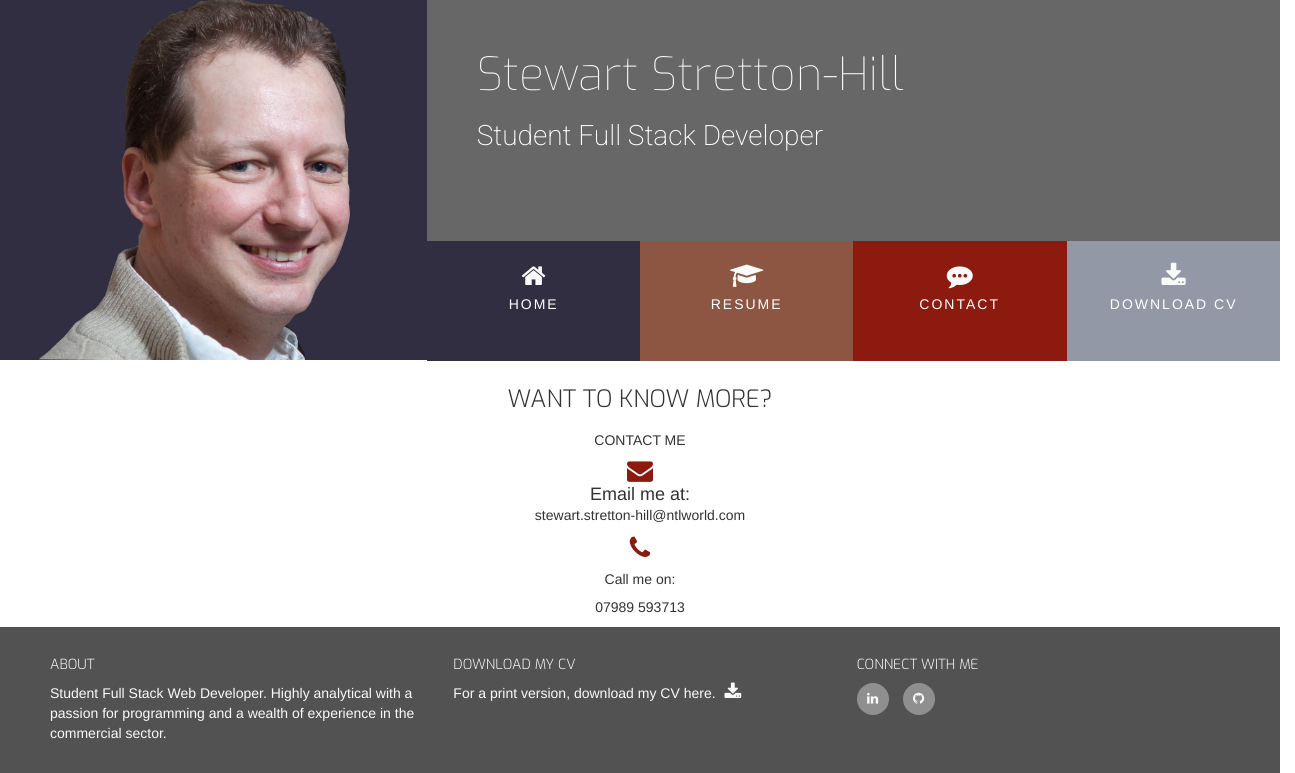
Repository: Shilldon/CV
Page: contact.html
The author's editor kept a record of every edit. The page is drawn from the files as they stood at one moment, then again after the next edit.
The browser window is 1280 px wide. The page is 1295 px wide, so the pictures cover 1295 px, including what lies to the right of the window. The pictures show the whole page.

Above is the page before.

### contact.html
<!DOCTYPE html>
<html lang="en">

<head>
    <link rel="stylesheet" href="https://maxcdn.bootstrapcdn.com/bootstrap/3.3.7/css/bootstrap.min.css" type="text/css" />
    <link rel="stylesheet" href="https://stackpath.bootstrapcdn.com/font-awesome/4.7.0/css/font-awesome.min.css" type="text/css" />
    <link rel="stylesheet" href="https://cdnjs.cloudflare.com/ajax/libs/hover.css/2.3.1/css/hover-min.css" type="text/css" />
    <link rel="stylesheet" href="assets/css/style.css" type="text/css" />
    <meta name="viewport" content="width=device-width, initial-scale-1">
</head>

<body>
    <header class="container-fluid">
        <div class="row">
            <a href="index.html" alt="profile image">
                <div class="col-md-4 logo"></div>
            </a>
            <div class="col-md-8">
                <div class="row bg-color-name-title">
                    <div class="heading">
                        <h1 class="name">Stewart Stretton-Hill</h1>
                        <h2 class="title">Student Full Stack Developer</h2>
                    </div>
                </div>

                <div class="row">
                    <ul id="nav" class="list-inline clearfix">
                        <li class="col-xs-6 col-sm-3 ui-menu-color-home menuitem">
                            <a href="index.html" class="hvr-sweep-to-bottom"><i class="fa fa-home" aria-hidden="true"></i><span>Home</span></a>
                        </li>
                        <li class="col-xs-6 col-sm-3 ui-menu-color-resume menuitem">
                            <a href="resume.html" class="hvr-sweep-to-bottom"><i class="fa fa-graduation-cap" aria-hidden="true"></i><span>Resume</span></a>
                        </li>
                        <li class="col-xs-6 col-sm-3 ui-menu-color-contact menuitem">
                            <a href="#" class="hvr-sweep-to-bottom"><i class="fa fa-commenting" aria-hidden="true"></i><span>Contact</span></a>
                        </li>
                        <li class="col-xs-6 col-sm-3 ui-menu-color-download menuitem">
                            <a href="assets/cv/sample-cv.pdf" target="_blank" class="hvr-sweep-to-bottom"><i class="fa fa-download" aria-hidden="true"></i><span>Download CV</span></a>
                        </li>
                    </ul>
                </div>
            </div>
        </div>
    </header>

    <section class="container-fluid">
        <div class="row bg-color-contact">
            <div>
                <h3 class="contact-heading uppercase text-center">Want to know more?</h3>
                <h5 class="uppercase text-center">Contact me</h5>
            </div>
            <div class="row">
                <div class="col-xs-10 col-xs-offset-1 text-center">
                    <i class="three-reasons-icon fa fa-envelope" aria-hidden="true"></i>
                    <h4>Email me at:</h4>
                    <p>stewart.stretton-hill@ntlworld.com</p>
                </div>
            </div>
            <div class="row">
                <div class="col-xs-10 col-xs-offset-1 text-center">
                    <i class="three-reasons-icon fa fa-phone" aria-hidden="true"></i>
                    <h5>Call me on:</h5>
                    <p>07989 593713</p>
                </div>
            </div>
        </div>
    </section>

    <footer class="container-fluid">
        <div id="footer-details" class="row">
            <div class="col-sm-4">
                <h5 class="uppercase general-sub">About</h5>
                <p class="inline-block">
                    Student Full Stack Web Developer. Highly analytical with a passion for programming and a wealth of experience in the commercial sector.
                </p>
            </div>
            <div class="col-sm-4">
                <h5 class="uppercase general-sub">Download My CV</h5>
                <p class="inline-block">
                    For a print version, download my CV here.
                    <a href="assets/cv/cv.pdf" target="_blank" class="cv-pdf"><i class="fa fa-download" aria-hidden="true"></i></a>
                </p>
            </div>
            <div class="col-sm-4">
                <h5 class="uppercase general-sub">Connect with me</h5>
                <ul class="list-inline social-links">
                    <li><a target=".blank" href="https://www.linkedin.com/in/stewartstrettonhill/"><i class="fa fa-linkedin"></i></a></li>
                    <li><a target="_blank" href="https://github.com/Shilldon/"><i class="fa fa-github" aria-hidden="true"></i></i></a></li>
                </ul>
            </div>
        </div>

    </footer>
</body>

</html>

### assets/css/style.css
@import url('https://fonts.googleapis.com/css?family=Roboto:100,200,300,400,500,600,700|Exo:100,200,300,400,500,600,700');

/*-------------------------------------------Colors*/

.bg-color-name-title {
    background-color: #676767;
}

.bg-color-three-reasons {
    background-color: #ffffff;
}

.bg-color-personal-info {
    background-color: #f4f4f4;
}

.bg-color-work-history {
    background-color: rgb(29, 28, 38);
}

.bg-color-contact {
    background-color: #ffffff;
}

.ui-menu-color-home {
    background-color: #302E40;
}

.ui-menu-color-resume {
    background-color: #8C5642;
}

.ui-menu-color-contact {
    background-color: #8C1A0F;
}

.ui-menu-color-download {
    background-color: #9298A6;
}


/*-------------------------------------------Special Padding/Margins/Text*/

h1,
h2,
h3,
h4 {
    margin: 0;
}

.uppercase {
    text-transform: uppercase;
}

.general-sub {
    font-family: "Exo", sans-serif;
    font-weight: 300;
    color: #fafafa;
}

.inline-block {
    display: inline-block;
}

.row-table {
    display: table;
}

.history-heading,
.section-heading {
    font-family: "Exo", sans-serif;
    font-weight: 300;
    margin-top: 25px;
    margin-bottom: 40px;
}

/*-------------------------------------------Heading*/

header {
    margin: 0;
}

.heading {
    margin-left: 50px;
}

.logo {
    background: url("../images/headshot.jpg");
    background-position: center;
    background-repeat: no-repeat;
    background-size: cover;
    min-height: 360px;
    transition: all .5s ease-in-out;
    -moz-transition: all .5s ease-in-out;
    -webkit-transition: all .5s ease-in-out;
}

.name {
    font-family: "Exo", sans-serif;
    font-weight: 100;
    font-size: 46px;
    margin-top: 50px;
    color: #ffffff;
}

.title {
    font-family: "Roboto", sans-serif;
    font-weight: 200;
    font-size: 28px;
    margin-top: 20px;
    margin-bottom: 90px;
    color: #ffffff;
}

#nav {
    margin: 0;
}

#nav li {
    padding: 0;
}

.menuitem {
    height: 120px;
    text-align: center;
    padding: 0;
}

.menuitem a {
    width: 100%;
    text-decoration: none;
    color: #ffffff;
    height: 120px;
}

.menuitem a i {
    padding-top: 22px;
    display: block;
    color: #fafafa;
    font-size: 26px;
}

.menuitem span {
    display: block;
    width: 100%;
    padding-top: 5px;
    text-align: center;
    text-transform: uppercase;
    font-size: 14px;
    font-weight: 300;
    letter-spacing: 2px;
}

/*-------------------------------------------Hover.css*/

.hvr-sweep-to-bottom:before {
    background: rgba(0, 0, 0, 0.2);
    height: 120px;
}


/*-------------------------------------------Footer*/

footer {
    background-color: #525252;
    color: #fafafa;
    min-height: 120px;
    margin: 0;
}

footer .cv-pdf i {
    color: #fafafa;
    text-align: center;
    font-size: 18px;
    padding-left: 5px;
}

footer .cv-pdf i:hover {
    color: #e84610;
    transition: all 0.35s ease-in-out;
    -moz-transition: all 0.35s ease-in-out;
    -webkit-transition: all 0.35s ease-in-out;
    -o-transition: all 0.35s ease-in-out;
}

.social-links {
    padding-bottom: 15px;
}

.social-links li a i {
    width: 32px;
    height: 32px;
    padding: 12px 0;
    border-radius: 50%;
    font-size: 13px;
    line-height: 7px;
    text-align: center;
    color: #fafafa;
    background: #8f8f8f;
    transition: all 0.35s ease-in-out;
    -moz-transition: all 0.35s ease-in-out;
    -webkit-transition: all 0.35s ease-in-out;
    -o-transition: all 0.35s ease-in-out;

}

.social-links li a i:hover {
    background: #8C1A0F;

}

#footer-details {
    margin: 20px;
}


/*-------------------------------------------Three Reasons*/

.three-reasons-icon {
    font-size: 26px;
    color: #8C1A0F;

}

.three-reasons-heading {
    margin-bottom: 15px;

}


/*-------------------------------------------Personal Info*/

.personal-info-item {
    margin-bottom: 20px;
    display: block;
    clear: both;

}

.personal-info-item .key,
.personal-info-item .value {
    padding-right: 8px;
}

.personal-info-item .key p,
.personal-info-item .value p {
    margin: 0;
}

.personal-info-item .key {
    display: inline-block;
    width: 30%;
    margin-right: 21px;
    padding-top: 2px;
    vertical-align: top;
}

.personal-info-item .key p {
    font-weight: 700;
}

.personal-info-item .value {
    display: inline-block;
    position: relative;
    width: 60%;
}

/*-------------------------------------------Skills*/

.progress {
    position: relative;
    height: 25px;
}

.progress-type {
    position: absolute;
    /*so text will sit on the progress bar */
    left: 0px;
    font-weight: 400;
    padding: 3px 30px 2px 10px;
    color: #fafafa;
    background-color: rgba(25, 25, 25, 0.2);
}

.progress-section {
    margin: 40px 20px;
}

/*-------------------------------------------Work History*/

.timeline-item {
    padding: 4em 2em 0em 2em;
    position: relative;
    color: #fafafa;
    border-left: 1px solid;
}

.timeline-item p {
    padding: 0;
    margin: 0;

}



.timeline-item::before {
    /*before is a pseudo element */
    content: attr(dates);
    /*search for attribute called dates and display value assocaited with that dates key */
    /*content - i.e. put in whatever the value of content is */
    position: absolute;
    left: 2.5em;
    top: 3em;
    display: block;
    font-family: "Exo", sans-serif;
    font-weight: 500;
    font-size: 0.8em;
    padding: 0;
    margin: 0;

}

.timeline-item::after {
    width: 12px;
    height: 12px;
    display: block;
    top: 2.4em;
    position: absolute;
    left: -6px;
    border-radius: 12px;
    content: '';
    background: #fafafa;
}


.history-heading {
    color: #fafafa;
    margin-bottom: 50px;
}

.history-items {
    margin-bottom: 30px;
}

/*-------------------------------------------Contact*/

.contact-heading {
    font-family: "Exo", sans-serif;
    font-weight: 300;
    margin-top: 25px;
    margin-bottom: 20px;
}
/*
.center-form {
    padding-top: 10px;
    margin: 0 auto;
    max-width: 70%;
}

button[type="submit"] {
    margin-top: 15px;
    margin-bottom: 20px;
    background-color: #e84610;
    color: #fafafa;
}
*/
.contact-details {
    padding:40px;
}
.contact-details .row {
    padding:20px 20px;
}
/*-------------------------------------------Media Queries*/

@media(min-width: 992px) {
    .section-column {
        padding: 0 30px 30px;
        float: none;
        display: table-cell;
    }

    .center-form {
        padding-top: 30px;
        min-height: 240px;
        margin: 0 auto;
        max-width: 50%;
    }
}

After the next edit:
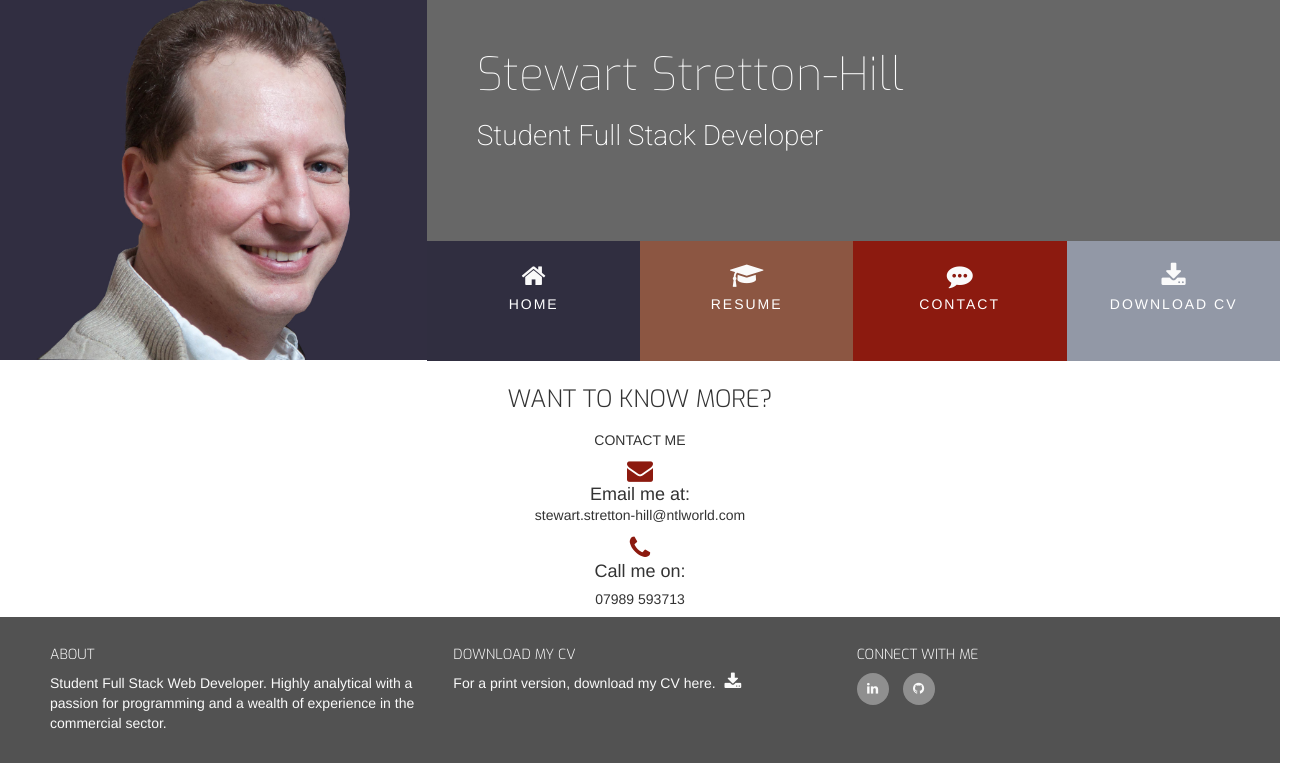
The edit:
--- a/contact.html
+++ b/contact.html
@@ -59,8 +59,8 @@
             <div class="row">
                 <div class="col-xs-10 col-xs-offset-1 text-center">
                     <i class="three-reasons-icon fa fa-phone" aria-hidden="true"></i>
-                    <h5>Call me on:</h5>
-                    <p>07989 593713</p>
+                    <h4>Call me on:</h4>
+                    <h5>07989 593713</h5>
                 </div>
             </div>
         </div>
